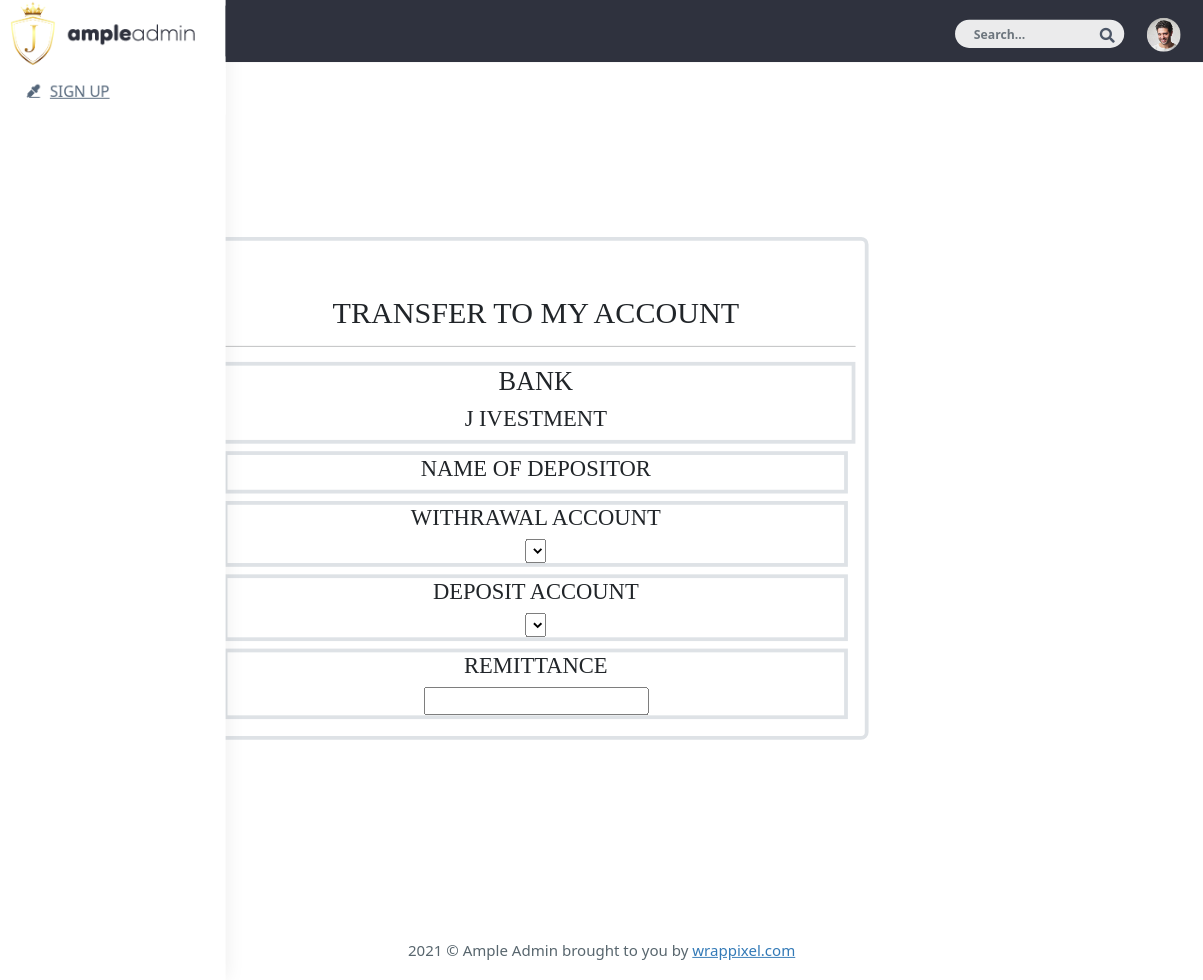
Repository: chopilyeon/HanaOpenBanking
Page: http://localhost/OpenBanking/jsp/bank/transferToMyAccount.jsp
These files come from the project's save history. The page is drawn as it stood at one moment and after the next save; the edit follows.
The browser window is 1280 px wide. The pictures show the whole page, at 94% of full size.
Some web fonts or font styles are not loaded; a fallback is used. The page is served by Tomcat 9.

Above is the page before, as saved 2022-07-17 09:28:03.
Console error: TypeError: Cannot read properties of null (reading 'querySelector')

After the next save:
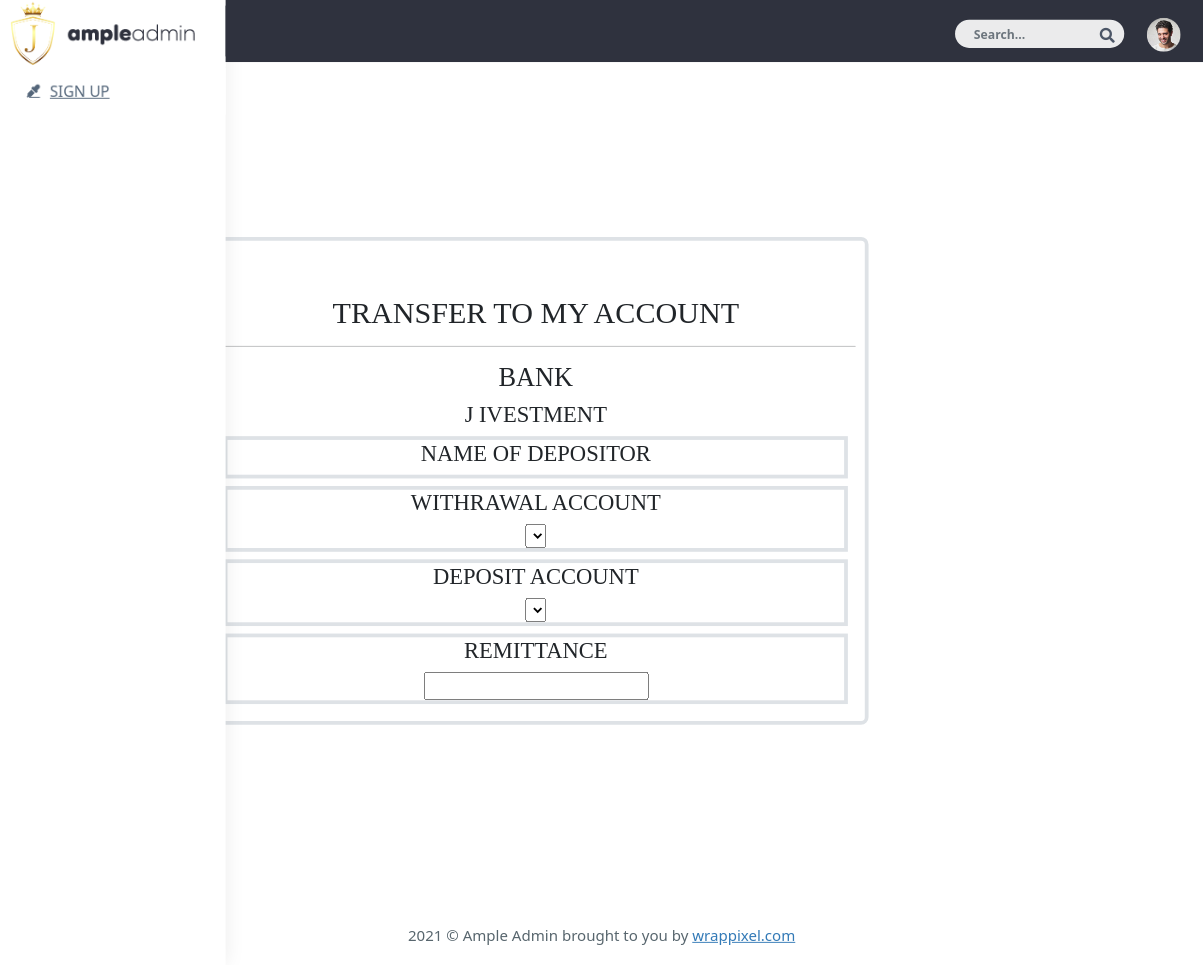
Saved 19 s later.
--- a/OpenBanking/src/main/webapp/jsp/bank/transferToMyAccount.jsp
+++ b/OpenBanking/src/main/webapp/jsp/bank/transferToMyAccount.jsp
@@ -59,7 +59,7 @@
 							<h2>TRANSFER TO MY ACCOUNT</h2>
 						</div>
 						<hr>
-						<div class="box-title border">
+						<div class="box-text m-2 borderr">
 						<h3>BANK</h3>
 							<h4>J IVESTMENT</h4>
 						</div>

After the save that followed:
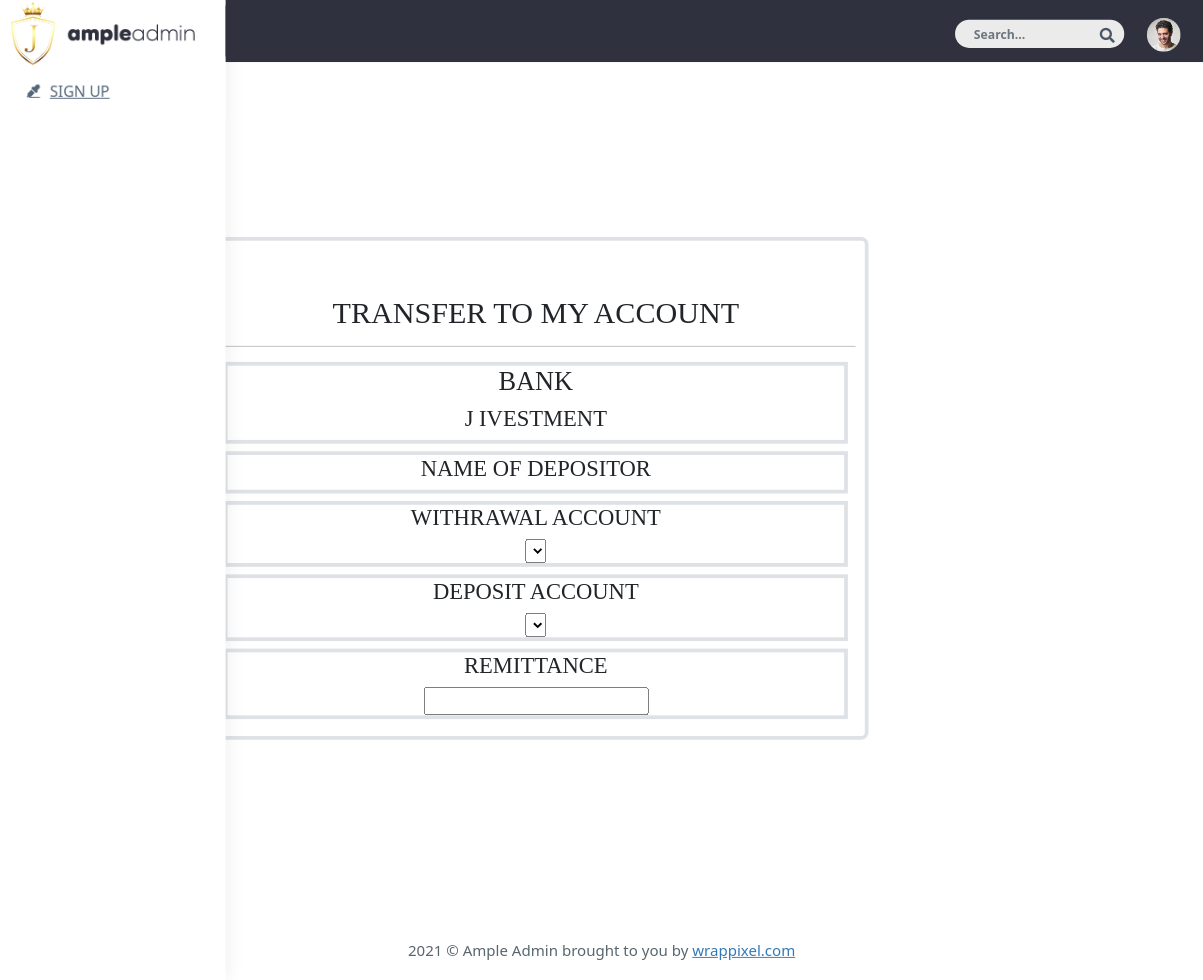
Saved 7 s later.
--- a/OpenBanking/src/main/webapp/jsp/bank/transferToMyAccount.jsp
+++ b/OpenBanking/src/main/webapp/jsp/bank/transferToMyAccount.jsp
@@ -59,7 +59,7 @@
 							<h2>TRANSFER TO MY ACCOUNT</h2>
 						</div>
 						<hr>
-						<div class="box-text m-2 borderr">
+						<div class="box-text m-2 border">
 						<h3>BANK</h3>
 							<h4>J IVESTMENT</h4>
 						</div>
